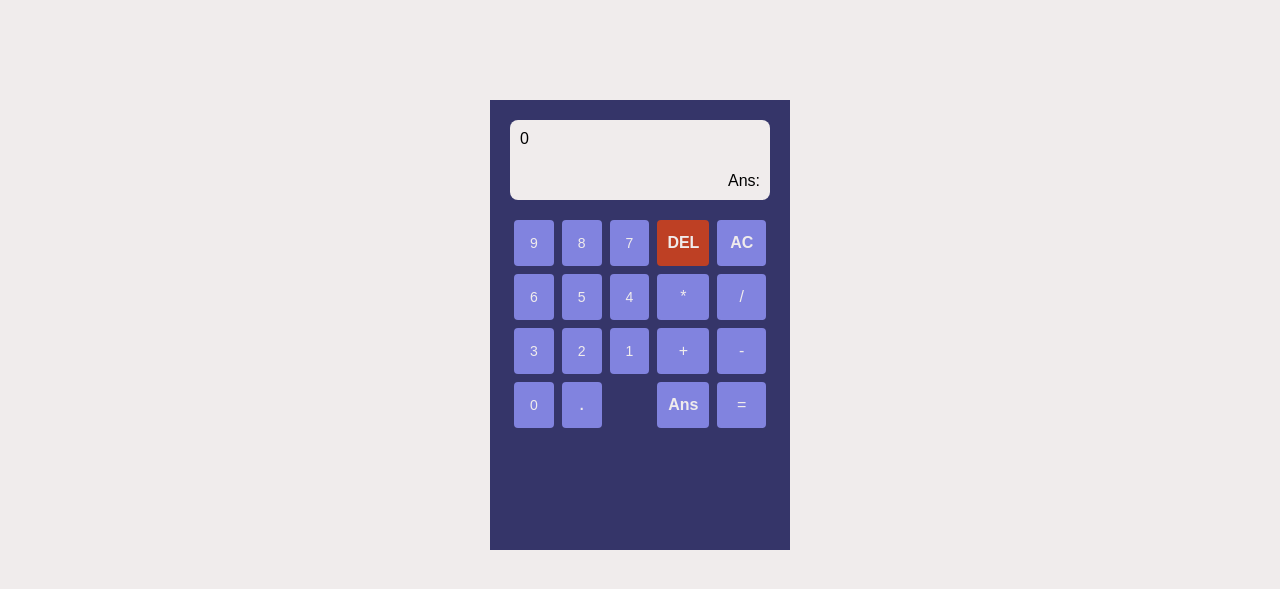
Repository: Bishek666/simple-calculator
Page: /
An editor plug-in stored every save of this project. The page is shown before and after the next save, followed by the edit.
The browser window is 1280 px wide. The pictures show the whole page.
The project was rebuilt for these pictures with package versions that can differ from the ones it lists, and the page was loaded fresh each time.

Above is the page before, as saved 2021-10-26 17:30:21.

After the next save:
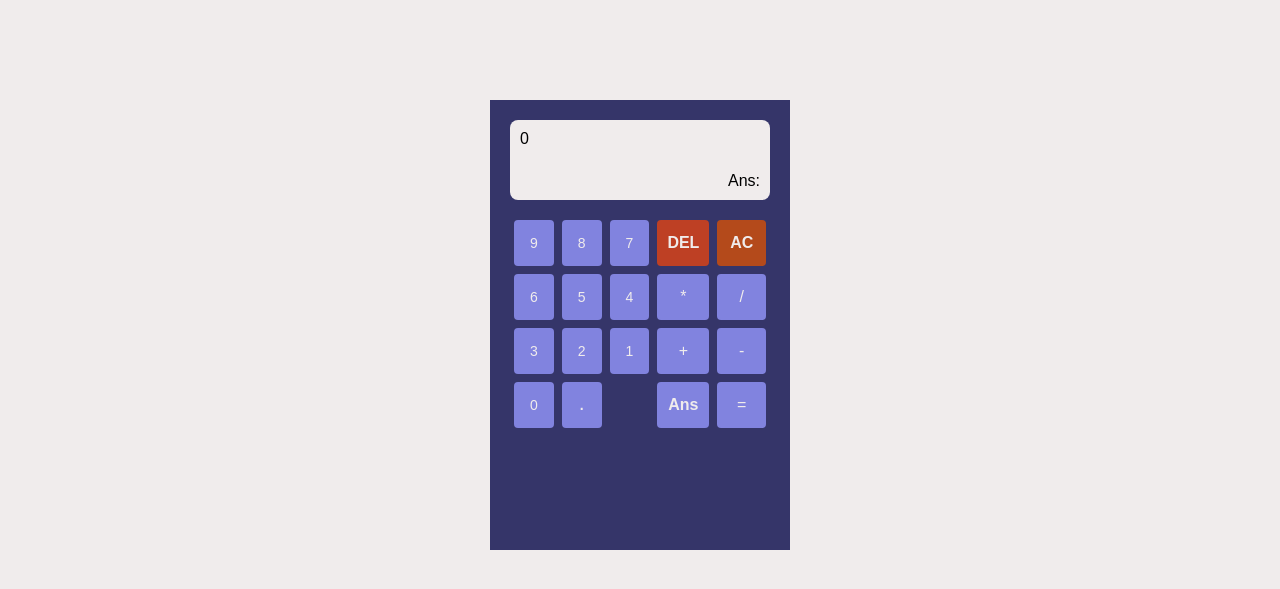
Saved 14 s later.
--- a/src/App.js
+++ b/src/App.js
@@ -77,7 +77,7 @@ function App() {
                     <button onClick={() => deleteLastValue()} className='bg-red font-weight--600'>
                         DEL
                     </button>
-                    <button onClick={() => resetAll()} className='font-weight--600'>
+                    <button onClick={() => resetAll()} className='bg-orange font-weight--600'>
                         AC
                     </button>
                     <button onClick={() => updateCalc('*')}>*</button>
